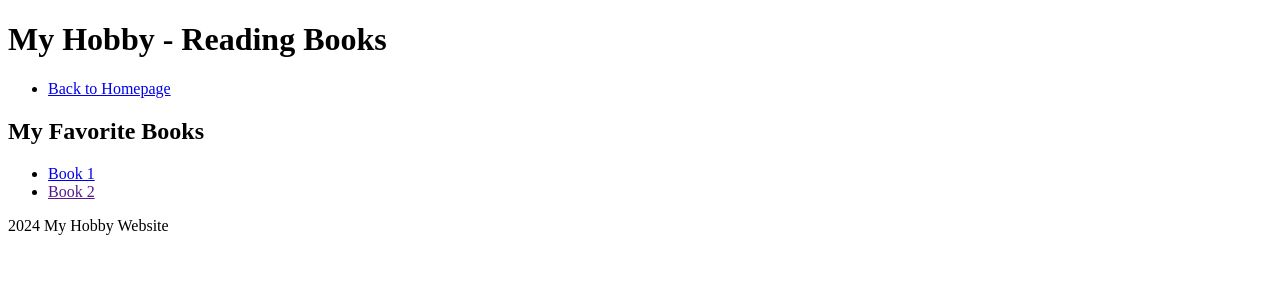
Repository: DaryaSarycheva/Hobbies
Page: pages/hobby.html
An editor plug-in stored every save of this project. The page is shown before and after the next save, followed by the edit.
The browser window is 1280 px wide. The pictures show the whole page.

Above is the page before, as saved 2024-05-09 08:05:23.

After the next save:
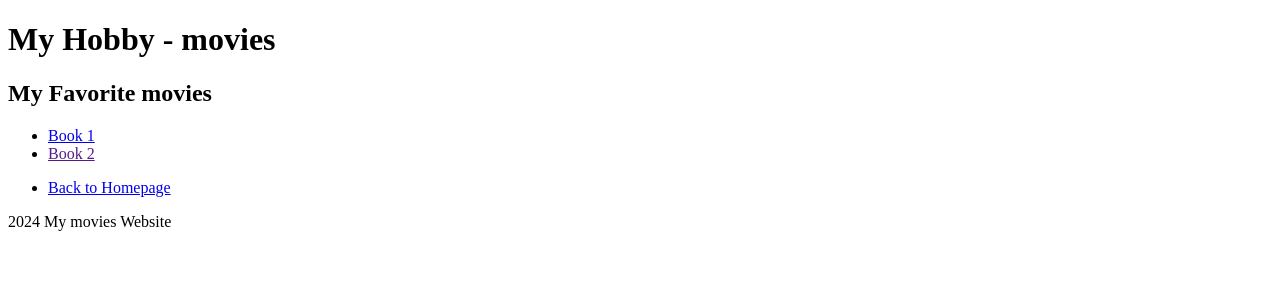
Saved 6 s later.
--- a/pages/hobby.html
+++ b/pages/hobby.html
@@ -3,25 +3,24 @@
 <head>
     <meta charset="UTF-8">
     <meta name="viewport" content="width=device-width, initial-scale=1.0">
-    <title>Reading Books</title>
+    <title>Movies</title>
 </head>
 <body>
     <header>
-        <h1>My Hobby - Reading Books</h1>
+        <h1>My Hobby - movies</h1>
     </header>
+    <main>
+        <h2>My Favorite movies</h2>
+        <ul>
+            <li><a href="./">Book 1</a></li>
+            <li><a href="">Book 2</a></li>
+        </ul>
+    </main>
     <ul>
         <li><a href="../myHobbies.html">Back to Homepage</a></li>
     </ul>
-    <main>
-        <h2>My Favorite Books</h2>
-        <ul>
-            <li><a href="./">Book 1</a></li>
-            <li><a href="">Book 2</a></li>
-
-        </ul>
-    </main>
     <footer>
-        <p> 2024 My Hobby Website</p>
+        <p> 2024 My movies Website</p>
     </footer>
 </body>
 </html>
